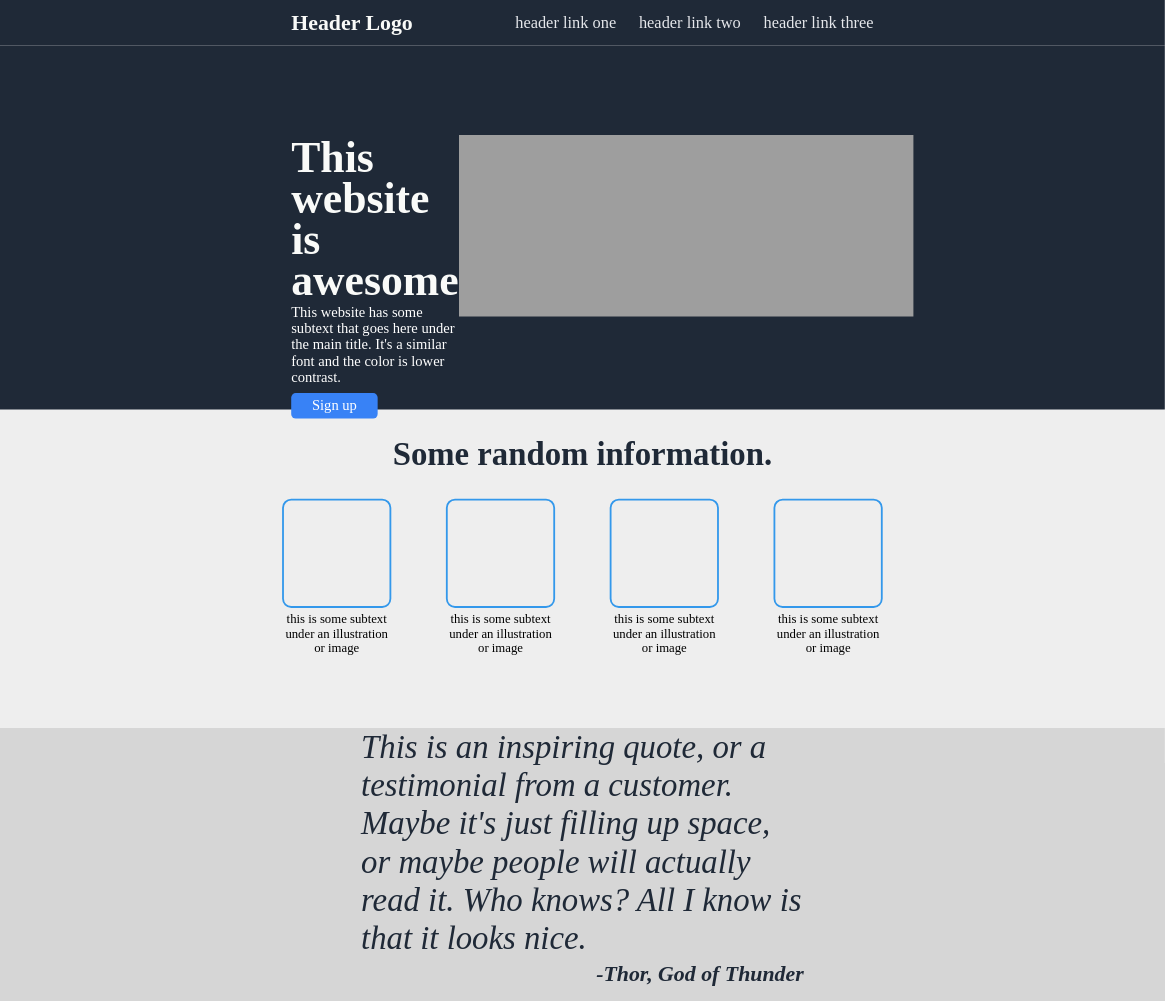
Repository: Pafestivo/Dummy-Landing-Page
Page: index.html
The author's editor kept a copy of each file at every save. The page is drawn from the files as they stood at one save, then again after a run of saves.
The browser window is 1280 px wide. The pictures show the whole page, at 91% of full size.
Pictures or frames that could not be fetched are drawn as grey boxes.

Above is the page before, as saved 2022-09-26 19:22:13.

### index.html
<!DOCTYPE html>
<html lang="en">
<head>
    <meta charset="UTF-8">
    <meta name="viewport" content="width=device-width, initial-scale=1.0">
    <link rel="stylesheet" href="styles.css">
    <title>Landing Page</title>
</head>
<body>
    <header>
        <div class="container">
            <h1>Header Logo</h1>
            <nav>
                <a href="#">header link one</a>
                <a href="#">header link two</a>
                <a href="#">header link three</a>
            </nav>
        </div> <!-- /container-->
    </header>
    <main>
        <section class="first">
            <div class="container">

                <div class="right">
                    <h1>This website is awesome</h1>
                    <p>This website has some subtext that goes here under the main title. It's a similar font and the color is lower contrast.</p>
                    <a href="#">Sign up</a>
                </div> <!-- /right -->

                <div class="left">
                    <img src="images/office.jpg" alt="Office desk photo" />
                </div> <!-- /left -->

            </div> <!-- /container-->
        </section> <!-- /first -->

        <section class="second">
            <div class="container">

                <h1>Some random information.</h1>
                <div class="boxes">
                    <div class="info">
                        <div class="box"></div>
                        <div class="box-info">
                            <p>this is some subtext under an illustration or image</p>
                        </div> <!-- /box-info -->
                    </div> <!-- /info -->

                    <div class="info">
                        <div class="box"></div>
                        <div class="box-info">
                            <p>this is some subtext under an illustration or image</p>
                        </div> <!-- /box-info -->
                    </div> <!-- /info -->

                    <div class="info">
                        <div class="box"></div>
                        <div class="box-info">
                            <p>this is some subtext under an illustration or image</p>
                        </div> <!-- /box-info -->
                    </div> <!-- /info -->

                    <div class="info">
                        <div class="box"></div>
                        <div class="box-info">
                            <p>this is some subtext under an illustration or image</p>
                        </div> <!-- /box-info -->
                    </div> <!-- /info -->

                </div> <!-- /boxes-->
            </div> <!-- /container-->
        </section> <!-- /second -->

        <section class="third">
            <div class="container">
                <p>This is an inspiring quote, or a testimonial from a customer. Maybe it's just filling up space, or maybe people will actually read it. Who knows? All I know is that it looks nice.</p>
                <p class="quote-owner">-Thor, God of Thunder</p>
            </div> <!-- /container-->
        </section> <!-- /third -->

        <section class="fourth">
            <div class="container">

            </div> <!-- /container-->
        </section> <!-- /fourth -->

        <footer>

        </footer>
    </main>
</body>
</html>

### styles.css
* {
  padding: 0;
  margin: 0;
  box-sizing: border-box;
}

body {
  font-family: serif;
  background-color: #eee;
}

.container {
  width: 50vw;
  margin: 0 auto;
}

a {
  text-decoration: none;
  color: inherit;
}

/* header bar */
header {
  display: flex;
  align-items: center;
  background-color: #1F2937;
  color: #fff;
  height: 50px;
}

header h1 {
  font-size: 24px;
  color: #F9FAF8;
}

header .container {
  display: flex;
  justify-content: space-between;
}

header nav {
  display: flex;
  align-items: center;
  gap: 25px;
}

header a {
  font-size: 18px;
  color: #E5E7EB;
}
/* End header bar  */

/* First section  */
.first {
  background-color: #1F2937;
  height: 400px;
  color: #fff;
}

.first .container {
  display: flex;
  align-items: center;
  justify-content: space-between;
  height: 100%;
}

.right {
  display: flex;
  flex-direction: column;
  gap: 4px;
  height: 200px;
  width: 40%;
}

.right h1 {
  font-size: 48px;
  font-weight: extra-bold;
  color: #F9FAF8;
  line-height: 45px;
}

right p {
  font-size: 18px;
  color: #E5E7EB;
}

.first img {
  width: 500px;
  height: 200px;
}

.first a {
  background-color: #3882F6;
  width: 95px;
  padding: 5px;
  border-radius: 5px;
  margin-top: 4px;
  text-align: center;

}
/* End first section  */

/* Second section */
.second {
  height: 350px;
}

.second h1 {
  text-align: center;
  font-size: 36px;
  font-weight: extra-bold;
  color: #1F2937;
  padding: 28px 0 28px 0;
}

.boxes {
  display: flex;
  justify-content: center;
  gap: 60px;
}

.box {
  width: 120px;
  height: 120px;
  border: 2px solid hsl(207, 82%, 56%);
  border-radius: 10px;
}

.box-info {
  margin-top: 5px;
  width: 120px;
  font-size: 14px;
  text-align: center;
}
/* End second section  */

/* Third section  */
.third {
  background-color: #d6d6d6;
  height: 300px;
}

.third .container {
  display: flex;
  width: 38%;
  flex-direction: column;
}

.third p {
  font-size: 36px;
  font-style: italic;
  color: #1F2937;
}

.third .quote-owner {
  font-size: 24px;
  align-self: flex-end;
  font-style: none;
  font-weight: bold;
  margin-top: 5px;
}
/* End third section  */

After the next 2 saves:
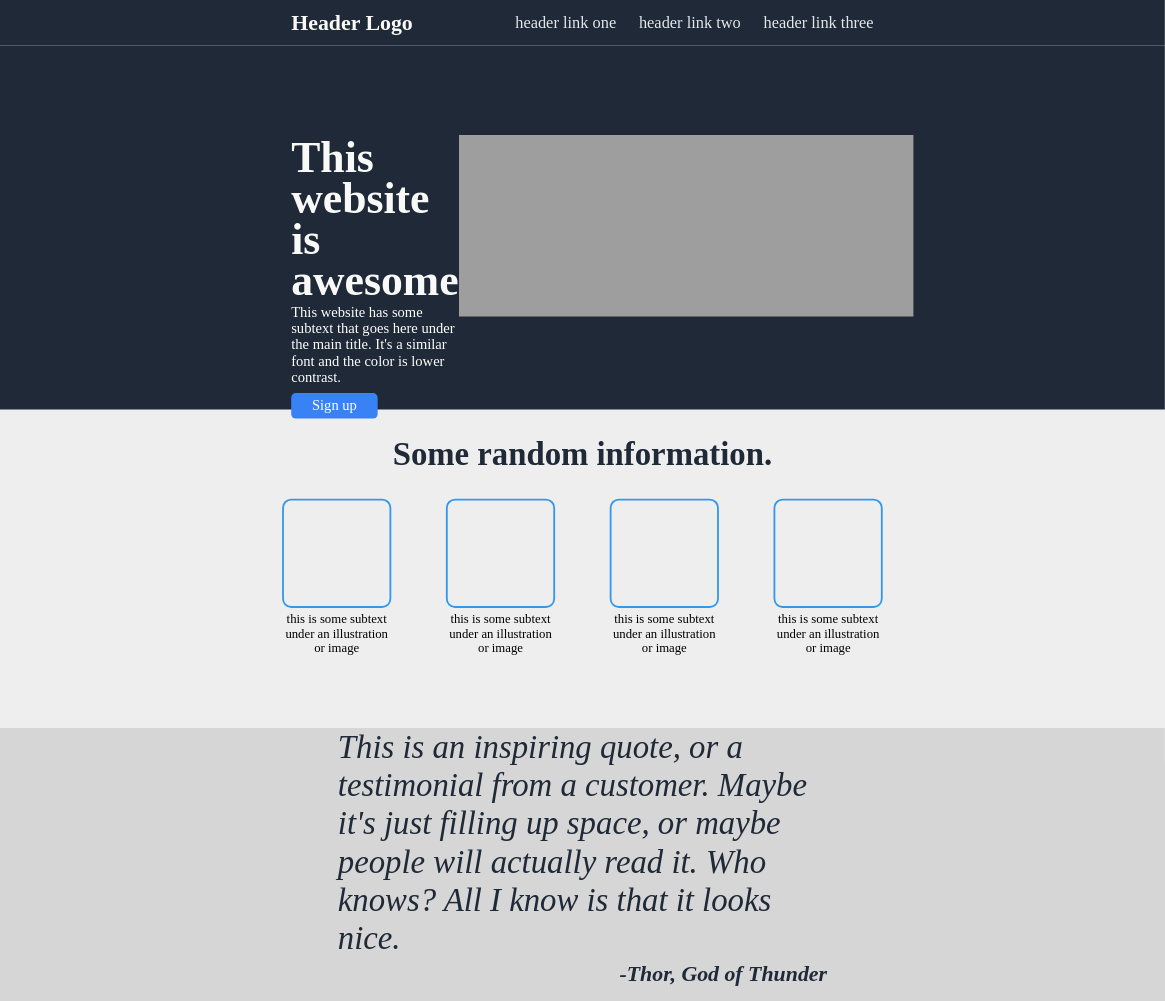
The 2 saves are shown as one change because they came seconds apart.
The last was saved 7 s later.
--- a/styles.css
+++ b/styles.css
@@ -142,7 +142,7 @@ right p {
 
 .third .container {
   display: flex;
-  width: 38%;
+  width: 42%;
   flex-direction: column;
 }
 
